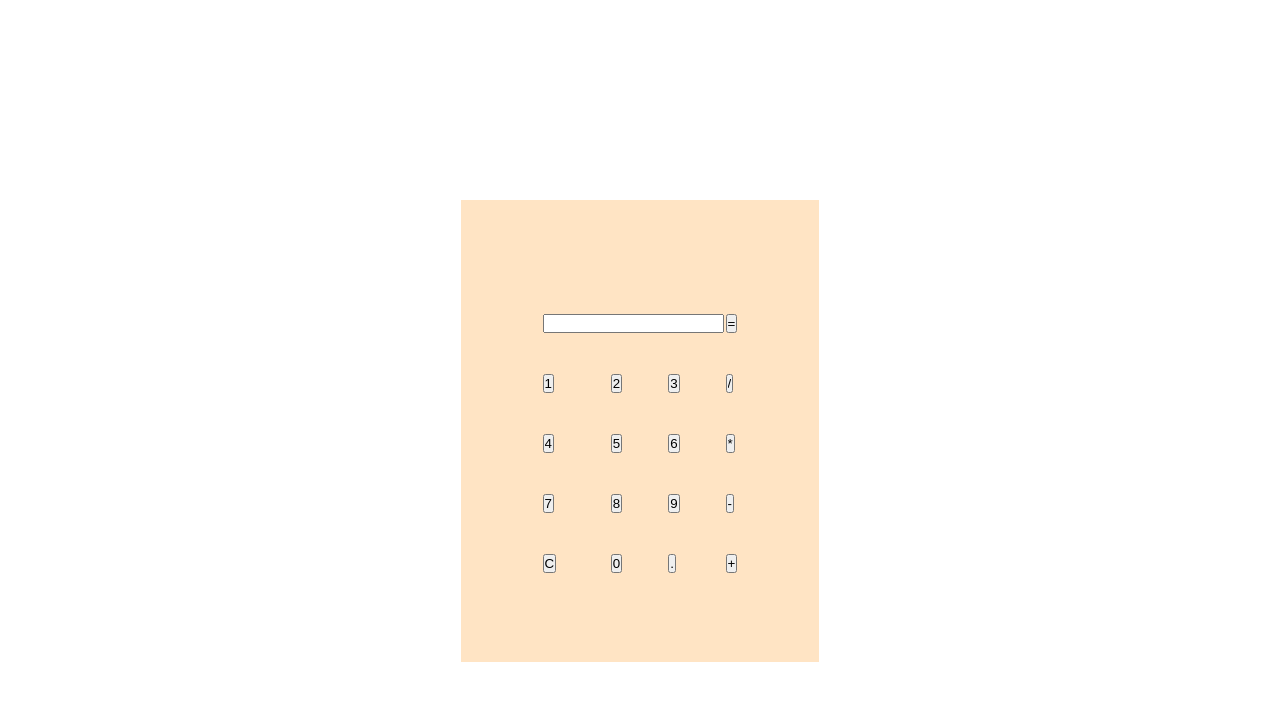
Repository: Seryozha02/CalculatorAndStopwatch
Page: calculator.html
An editor plug-in stored every save of this project. The page is shown before and after the next save, followed by the edit.
The browser window is 1280 px wide. The pictures show the whole page.

Above is the page before, as saved 2022-10-03 00:22:45.

### calculator.html
<!DOCTYPE html>
<html lang="en">
  <head>
    <meta charset="UTF-8" />
    <meta http-equiv="X-UA-Compatible" content="IE=edge" />
    <meta name="viewport" content="width=device-width, initial-scale=1.0" />
    <link rel="stylesheet" href="calculator.css" />
    <title>Calculator</title>
  </head>
  <body>
    <table id="calculator">
      <tr>
        <td colspan="3"><input class="display-box" type="text" id="result"/></td>
        <td><input type="button" value="=" onclick="calculate()" id="btn"></td>
      </tr>
      <tr>
        <td><input type="button" value="1" onclick="display(('1'))" /></td>
        <td><input type="button" value="2" onclick="display(('2'))" /></td>
        <td><input type="button" value="3" onclick="display(('3'))" /></td>
        <td><input type="button" value="/" onclick="display(('/'))" /></td>
      </tr>
      <tr>
        <td><input type="button" value="4" onclick="display(('4'))"></td>
        <td><input type="button" value="5" onclick="display(('5'))"></td>
        <td><input type="button" value="6" onclick="display(('6'))"></td>
        <td><input type="button" value="*" onclick="display(('*'))"></td>
      </tr>
      <tr>
        <td><input type="button" value="7" onclick="display(('7'))"></td>
        <td><input type="button" value="8" onclick="display(('8'))"></td>
        <td><input type="button" value="9" onclick="display(('9'))"></td>
        <td><input type="button" value="-" onclick="display(('-'))"></td>
      </tr>
      <tr>
      <td><input type="button" value="C" onclick="cleareScreen()" id="btn"></td>
      <td><input type="button" value="0" onclick="display(('0'))"></td>
      <td><input type="button" value="." onclick="display(('.'))"></td>
      <td><input type="button" value="+" onclick="display(('+'))"></td>
    </tr>
    </table>
  </body>
  <script src="calculator.js"></script>
</html>

### calculator.css
* {
    margin: 0;
    padding: 0;
    text-decoration: none;
    box-sizing: border-box;
}

#calculator {
    background-color: bisque;
    margin: 0 auto;
    margin-top: 200px;
    padding: 080px;
    font-size: 50px;
}

Loaded but not shown: calculator.js (no copy from this time; the picture is the same without it)

After the next save:
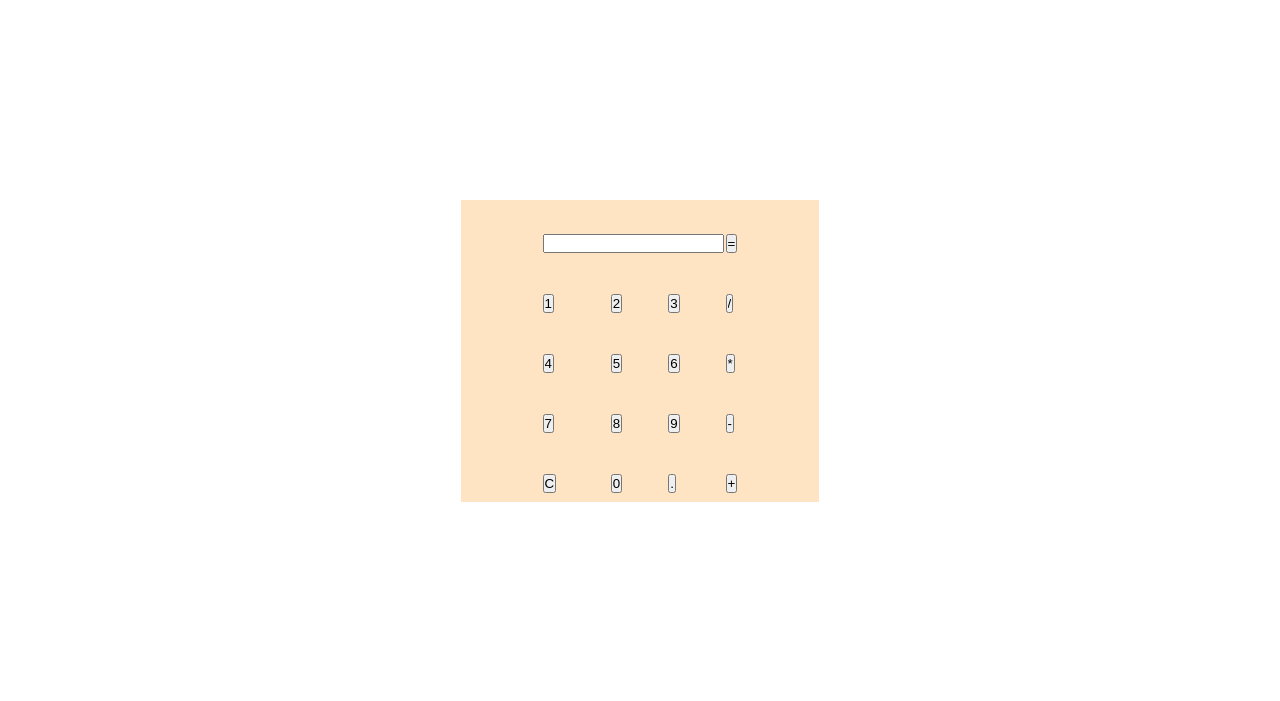
Saved 6 s later.
--- a/calculator.css
+++ b/calculator.css
@@ -9,6 +9,6 @@
     background-color: bisque;
     margin: 0 auto;
     margin-top: 200px;
-    padding: 080px;
+    padding: 0 80px;
     font-size: 50px;
 }
